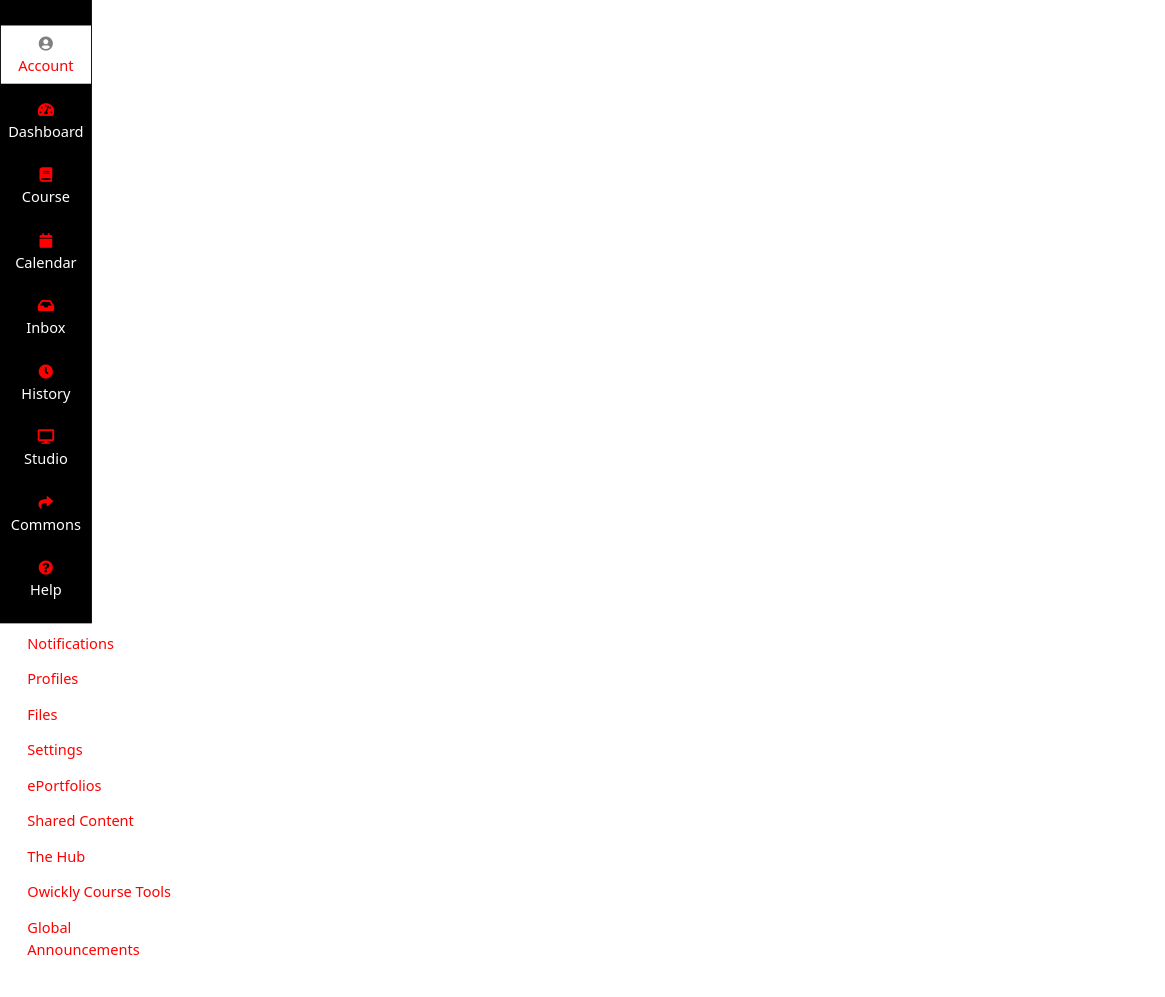
Repository: yuqiant/kanbas-react-web-app
Page: public/kanbas/accountcol.html
The author's editor kept a copy of each file at every save. The page is drawn from the files as they stood at one save, then again after the next save.
The browser window is 1280 px wide. The pictures show the whole page, at 91% of full size.

Above is the page before, as saved 2023-10-04 13:48:17.

After the next save:
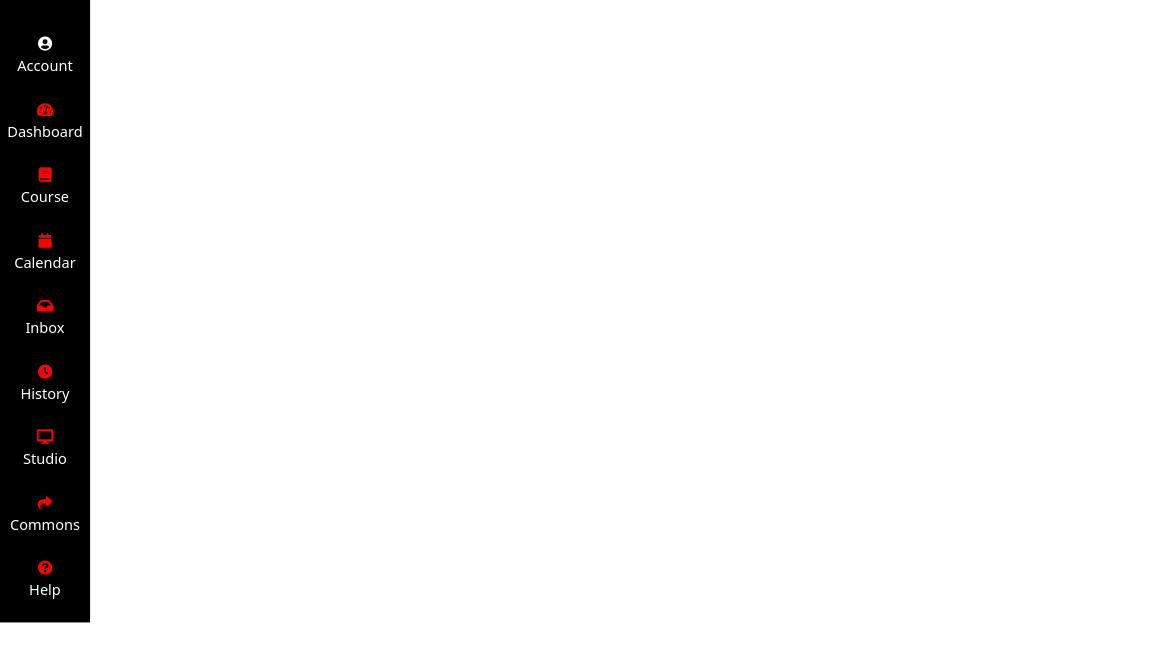
Saved 16 s later.
--- a/public/kanbas/accountcol.html
+++ b/public/kanbas/accountcol.html
@@ -4,82 +4,57 @@
 <head>
     <meta charset="UTF-8">
     <meta name="viewport" content="width=device-width, initial-scale=1.0">
-    <title>Column Interaction</title>
-    <link rel="stylesheet" href="../vendors/fontawesome/css/all.min.css">
-    <link rel="stylesheet" href="../vendors/bootstrap/css/bootstrap.min.css" />
-    <link href="firstcol.css" rel="stylesheet" />
-    <link href="secondcol.css" rel="stylesheet" />
+    <title>Flexbox Layout</title>
+    <link rel="stylesheet" href="../../vendors/fontawesome/css/all.min.css">
+    <link rel="stylesheet" href="../../vendors/bootstrap/css/bootstrap.min.css" />
+    <link href="navigationbar.css" rel="stylesheet" />
+</head>
+
+<body>
+    <div class="flex-container">
+        <div class="left-column">
+
+            <ul>
+                <li><i class="fa fa-user-circle fa-inverse"></i><a href="../accountcol.html">Account</a> </li>
+                <li><i class="fas fa-tachometer-alt" style="color: red;"></i><a href="#">Dashboard</a></li>
+                <li><i class="fas fa-book" style="color: red;"></i><a href="../coursecol.html">Course</a></li>
+                <li><i class="fas fa-calendar" style="color: red;""></i><a href=" #">Calendar</a></li>
+                <li><i class="fas fa-inbox" style="color: red;"></i><a href="#">Inbox</a></li>
+                <li><i class="fas fa-clock" style="color: red;"></i><a href="#">History</a></li>
+                <li><i class="fas fa-desktop" style="color: red;"></i><a href="#">Studio</a></li>
+                <li><i class="fas fa-share" style="color: red;"></i><a href="#">Commons</a></li>
+                <li><i class="fas fa-question-circle" style="color: red;"></i><a href="#">Help</a></li>
+            </ul>
 
 
 
-    <!-- <style>
-        table {
-            width: 100%;
-            border-collapse: collapse;
-        }
+        </div>
+        <div class="right-column">
 
-        td {
-            width: 50%;
-            border: 1px solid transparent;
-            padding: 20px;
-            vertical-align: top;
-        }
-    </style> -->
-</head>
+            <div class="right-top">
 
-<body>
-    <table>
-        <tr>
-            <td id="firstColumn">
-                <ul>
-                    <li class="active"><i class="fa fa-user-circle fa-inverse" style="color: grey;"></i><a
-                            href="accountcol.html" style="color: red;">Account</a>
-                    </li>
-                    <li><i class="fas fa-tachometer-alt" style="color: red;"></i><a href="#">Dashboard</a></li>
-                    <li><i class="fas fa-book" style="color: red;"></i><a href="coursecol.html">Course</a></li>
-                    <li><i class="fas fa-calendar" style="color: red;""></i><a href=" #">Calendar</a></li>
-                    <li><i class="fas fa-inbox" style="color: red;"></i><a href="#">Inbox</a></li>
-                    <li><i class="fas fa-clock" style="color: red;"></i><a href="#">History</a></li>
-                    <li><i class="fas fa-desktop" style="color: red;"></i><a href="#">Studio</a></li>
-                    <li><i class="fas fa-share" style="color: red;"></i><a href="#">Commons</a></li>
-                    <li><i class="fas fa-question-circle" style="color: red;"></i><a href="#">Help</a></li>
-                </ul>
+                <h2>Right Top</h2>
+            </div>
+            <div class="right-bottom">
 
+                <div class="right-bottom-item">
 
-            </td>
-            <!-- <td id="secondColumn">
-                <ul>
-                    <li><a href="#">Notifications</a></li>
-                    <li><a href="profile/index.html">Profiles</a></li>
-                    <li><a href="#">Files</a></li>
-                    <li><a href="#">Settings</a></li>
-                    <li><a href="#">ePortfolios</a></li>
-                    <li><a href="#">Shared Content</a></li>
-                    <li><a href="#">The Hub</a></li>
-                    <li><a href="#">Owickly Course Tools</a></li>
-                    <li><a href="#">Global Announcements</a></li>
+                    <h3>Item 1</h3>
+                    <p>Lorem ipsum dolor sit amet.</p>
+                </div>
+                <div class="right-bottom-item">
 
-                </ul>
+                    <h3>Item 2</h3>
+                    <p>Lorem ipsum dolor sit amet.</p>
+                </div>
+                <div class="right-bottom-item">
 
-            </td> -->
-        </tr>
-    </table>
-    <div>
-        <ul id="secondColumn">
-            <li><a href="#">Notifications</a></li>
-            <li><a href="profile/index.html">Profiles</a></li>
-            <li><a href="#">Files</a></li>
-            <li><a href="#">Settings</a></li>
-            <li><a href="#">ePortfolios</a></li>
-            <li><a href="#">Shared Content</a></li>
-            <li><a href="#">The Hub</a></li>
-            <li><a href="#">Owickly Course Tools</a></li>
-            <li><a href="#">Global Announcements</a></li>
-
-        </ul>
-
+                    <h3>Item 3</h3>
+                    <p>Lorem ipsum dolor sit amet.</p>
+                </div>
+            </div>
+        </div>
     </div>
-
 </body>
 
 </html>
